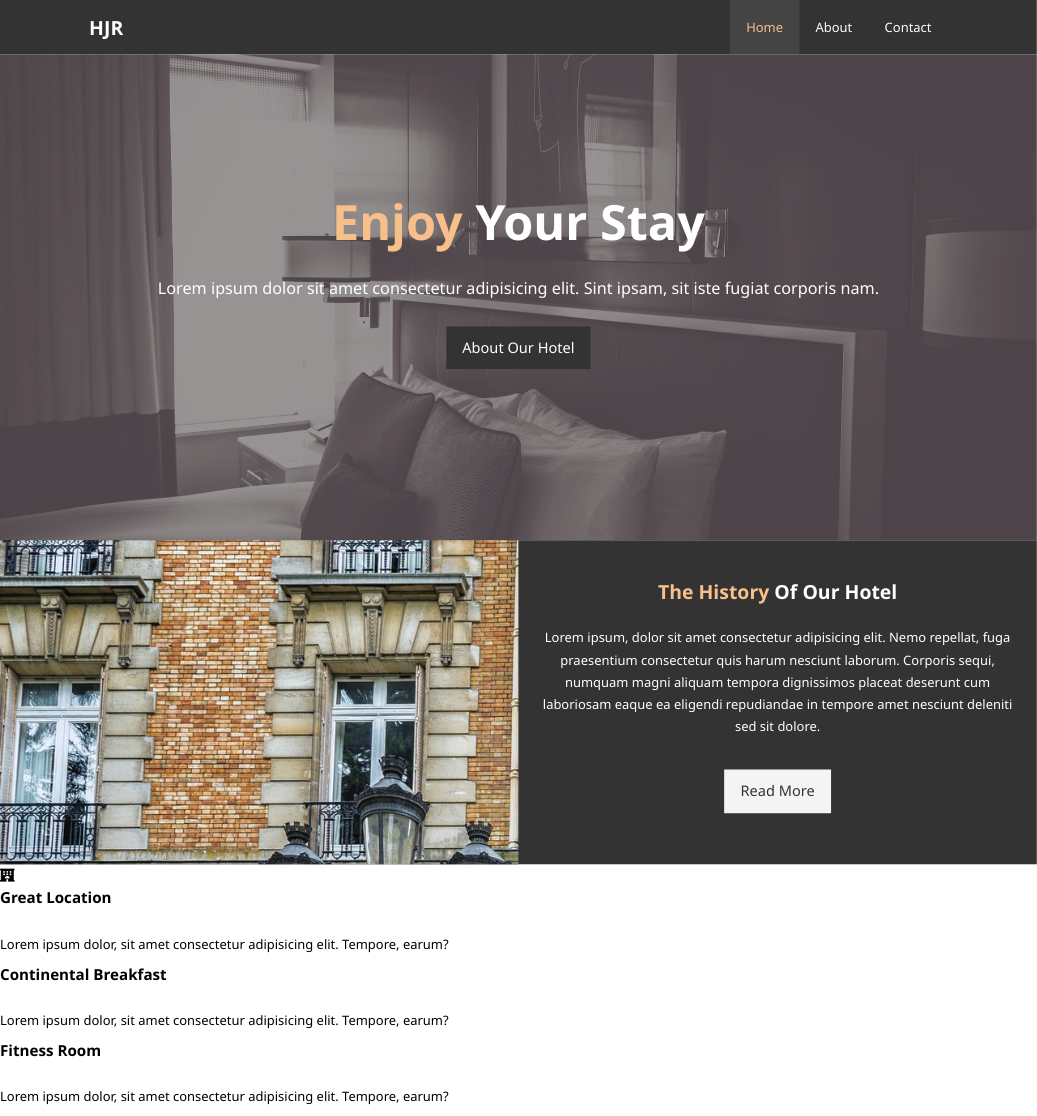
Repository: dimlutine/Hotel-Project
Page: index.html
The author's editor kept a copy of each file at every save. The page is drawn from the files as they stood at one save, then again after the next save.
The browser window is 1280 px wide. The pictures show the whole page, at 81% of full size.
Some web libraries are served in a nearby version.

Above is the page before, as saved 2019-07-05 22:30:03.

After the next save:
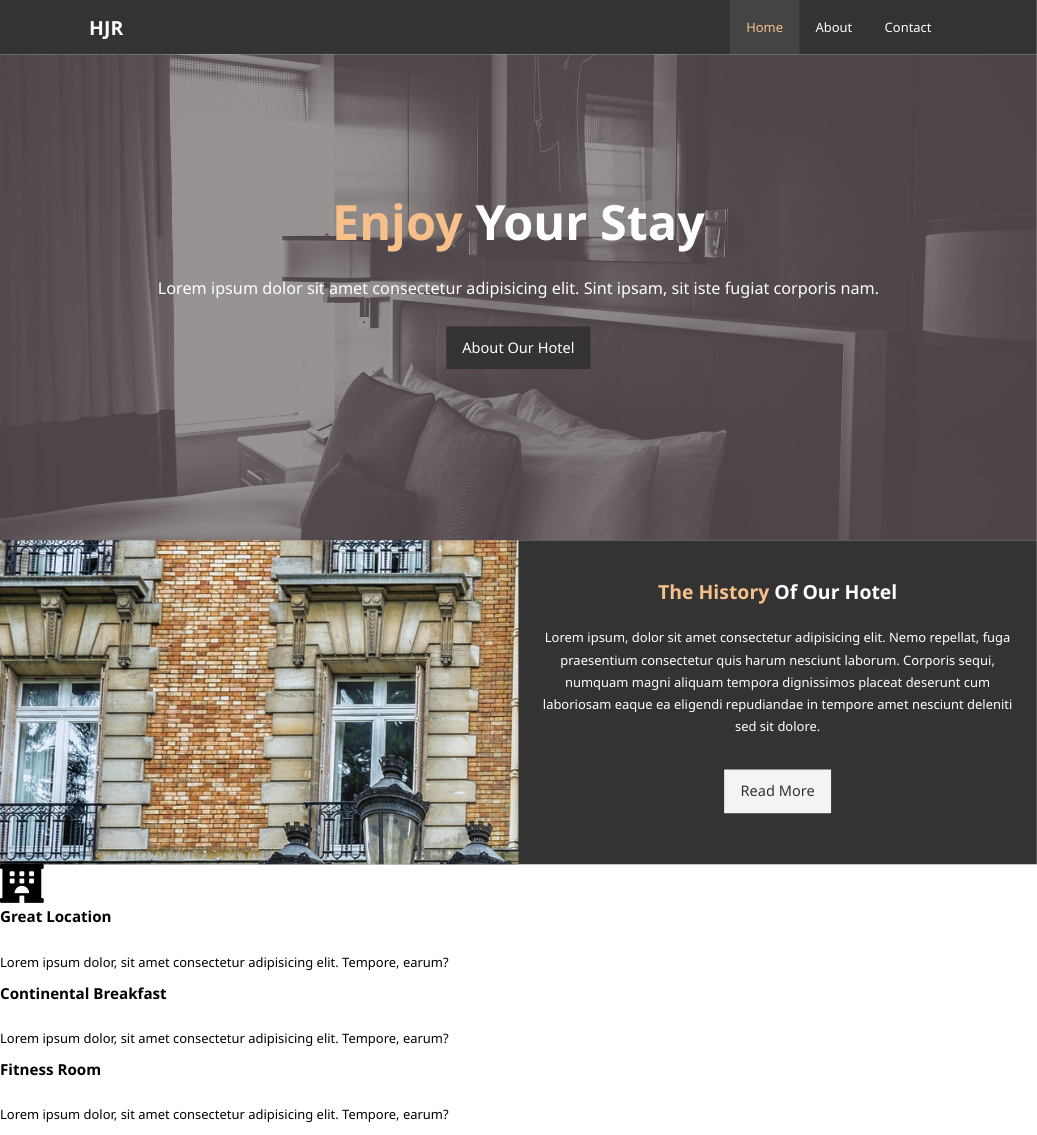
Saved 88 s later.
--- a/index.html
+++ b/index.html
@@ -50,7 +50,7 @@
 
     <section id="features">
         <div class="box">
-            <i class="fas fa-hotel"></i>
+            <i class="fas fa-hotel fa-3x"></i>
             <h3>Great Location</h3>
             <p>Lorem ipsum dolor, sit amet consectetur adipisicing elit. Tempore, earum?</p>
         </div>
